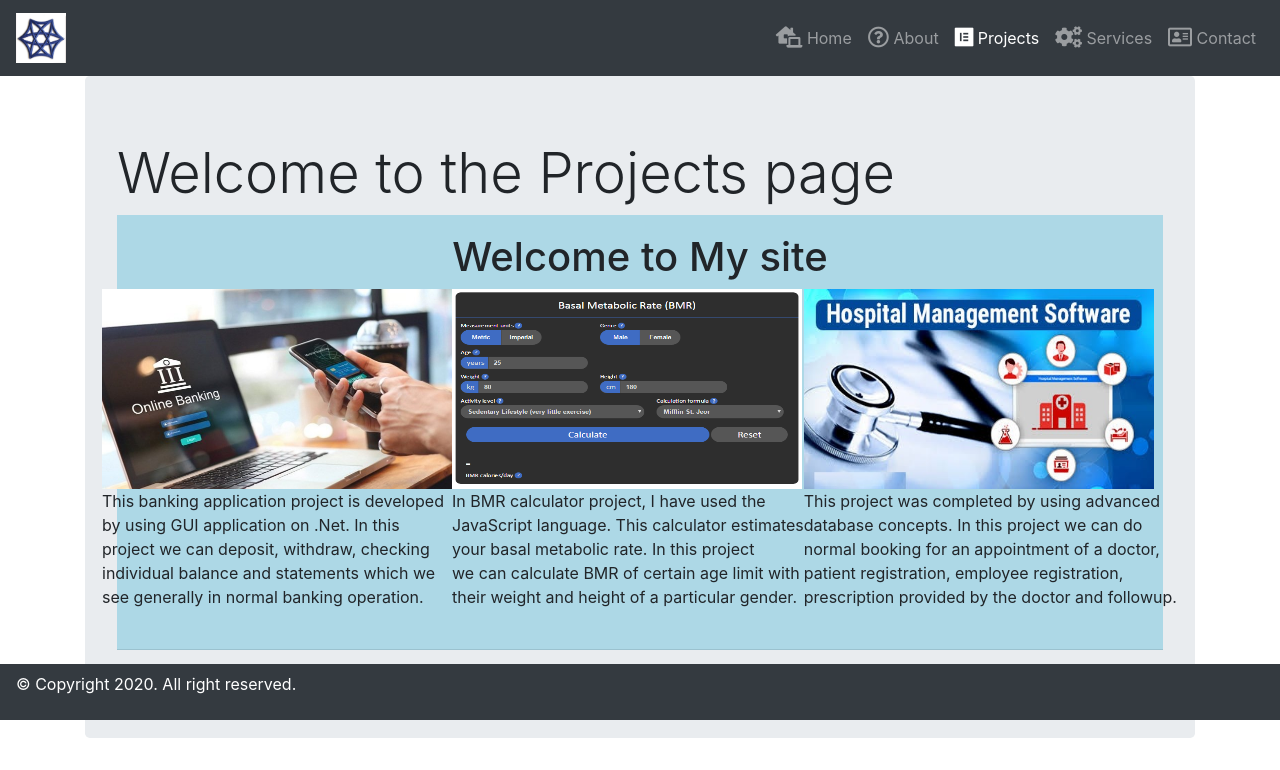
Repository: laxmangothe2020/COMP229Assignment
Page: http://localhost/projects
An editor plug-in stored every save of this project. The page is shown before and after the next save, followed by the edit.
The browser window is 1280 px wide. The pictures show the whole page.
The page is served by the project's Node server (server.js).

Above is the page before, as saved 2021-02-11 21:10:05.

After the next save:
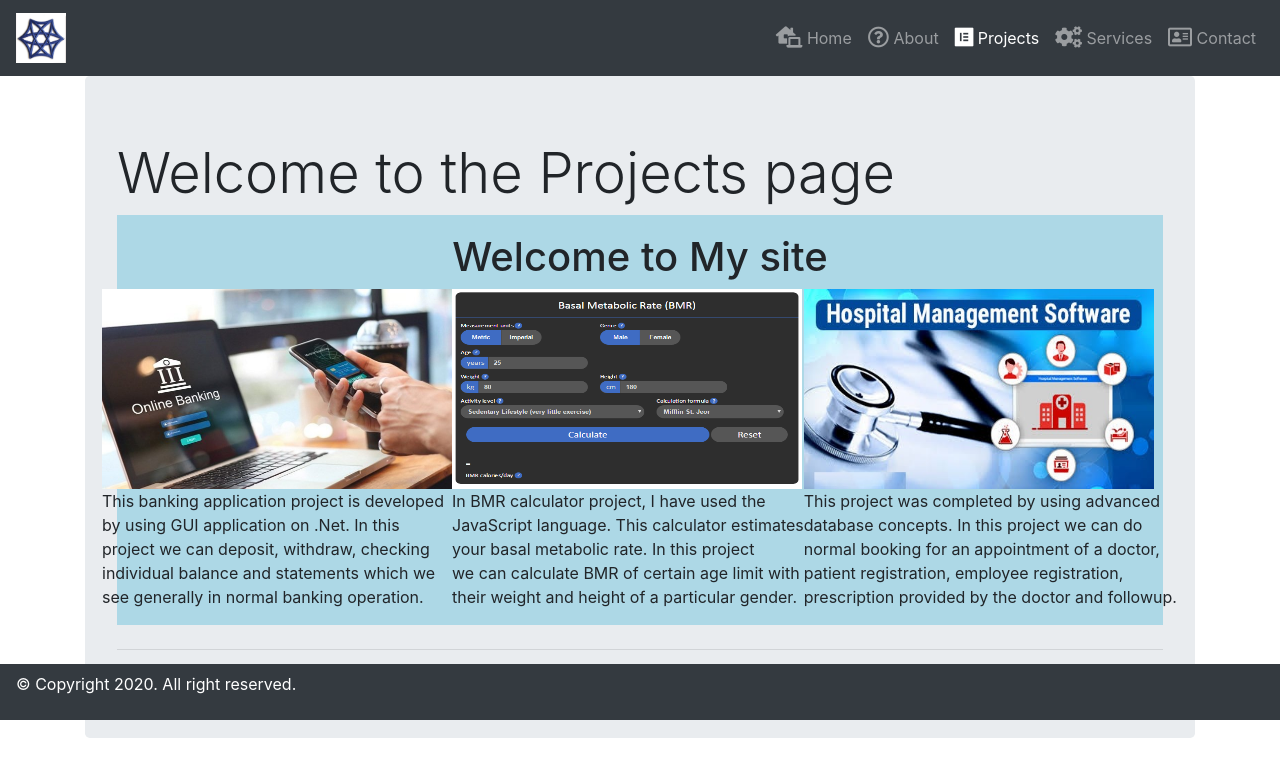
Saved 12 min 4 s later.
--- a/views/partials/projects.ejs
+++ b/views/partials/projects.ejs
@@ -1,4 +1,5 @@
 <body>
+    <div id="holdingContainer">
  <div style="background-color: lightblue;margin-bottom: 15px">
      <h3 style="padding-left: 40px;padding-top:10px;color: #AA7439">
         <h1 style="text-align:center;">Welcome to My site</h1>
@@ -33,4 +34,5 @@
            </div>
       </div>
   </div>
+</div>
  </body>
